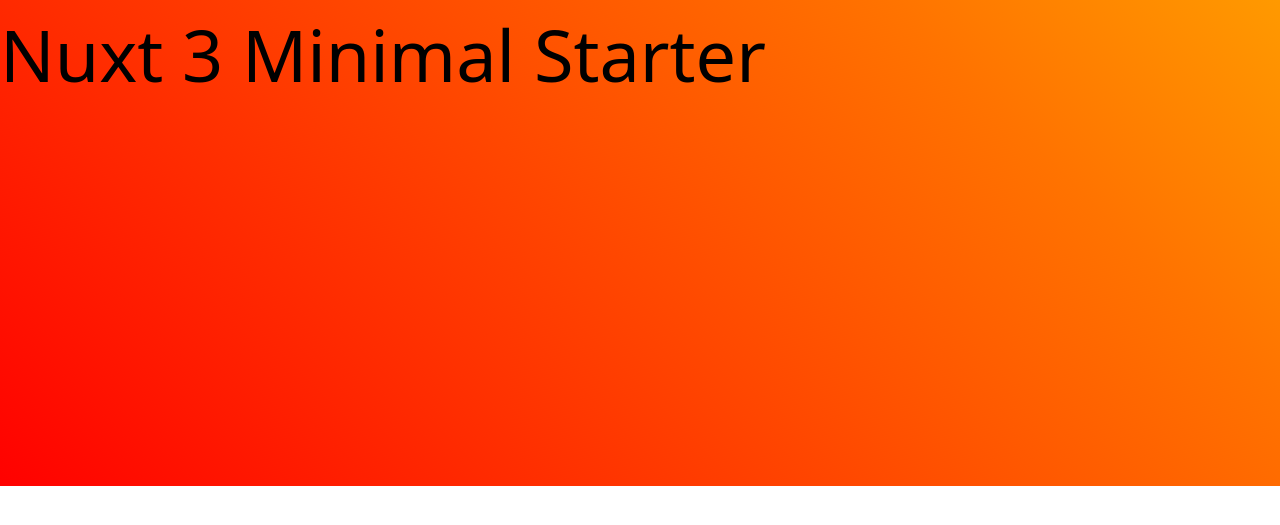
Repository: Freezler/nuxt
Page: /
The author's editor kept a copy of each file at every save. The page is drawn from the files as they stood at one save, then again after a run of saves.
The browser window is 1280 px wide. The pictures show the whole page.
The project was rebuilt for these pictures with package versions that can differ from the ones it lists, and the page was loaded fresh each time. The framework's server and built-in components were replaced by stand-ins that run in the browser. Also part of the build but not shown: nuxt.config.ts.

Above is the page before, as saved 2024-08-02 21:04:21.

After the next 7 saves:
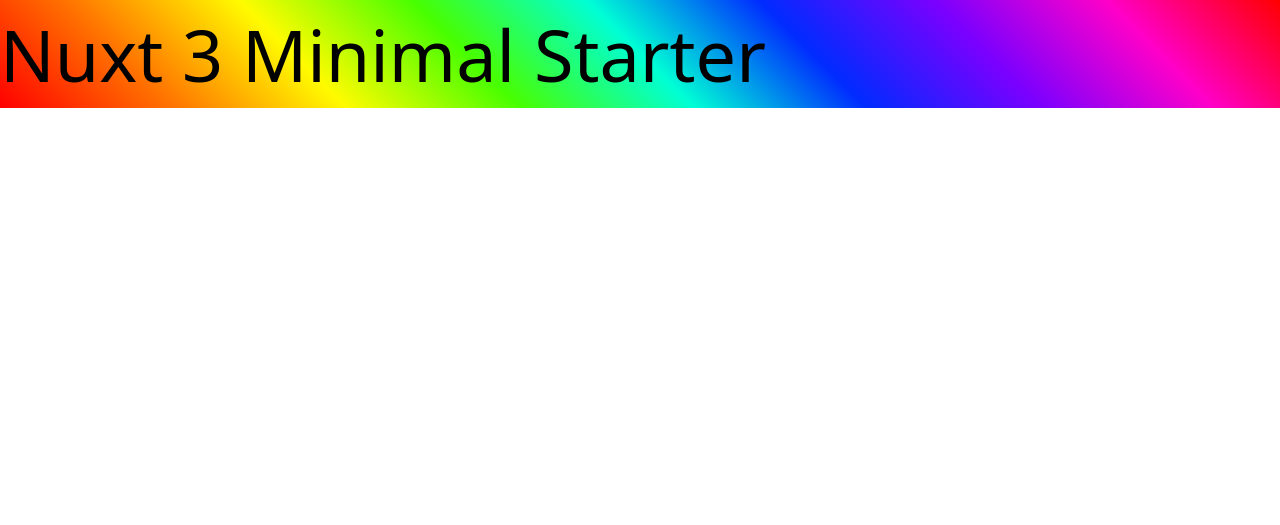
The 7 saves are shown as one change because 1 did not build or start and some came seconds apart.
The last was saved 29 s later.
--- a/assets/css/main.css
+++ b/assets/css/main.css
@@ -8,7 +8,7 @@
 
 
 	animation: gradient 600s cubic-bezier(0.455, 0.03, 0.515, 0.955) infinite;
-	background-size: 800% 800%;
+	background-size: cover;
 	background-repeat: no-repeat;
 }
 @keyframes gradient {
